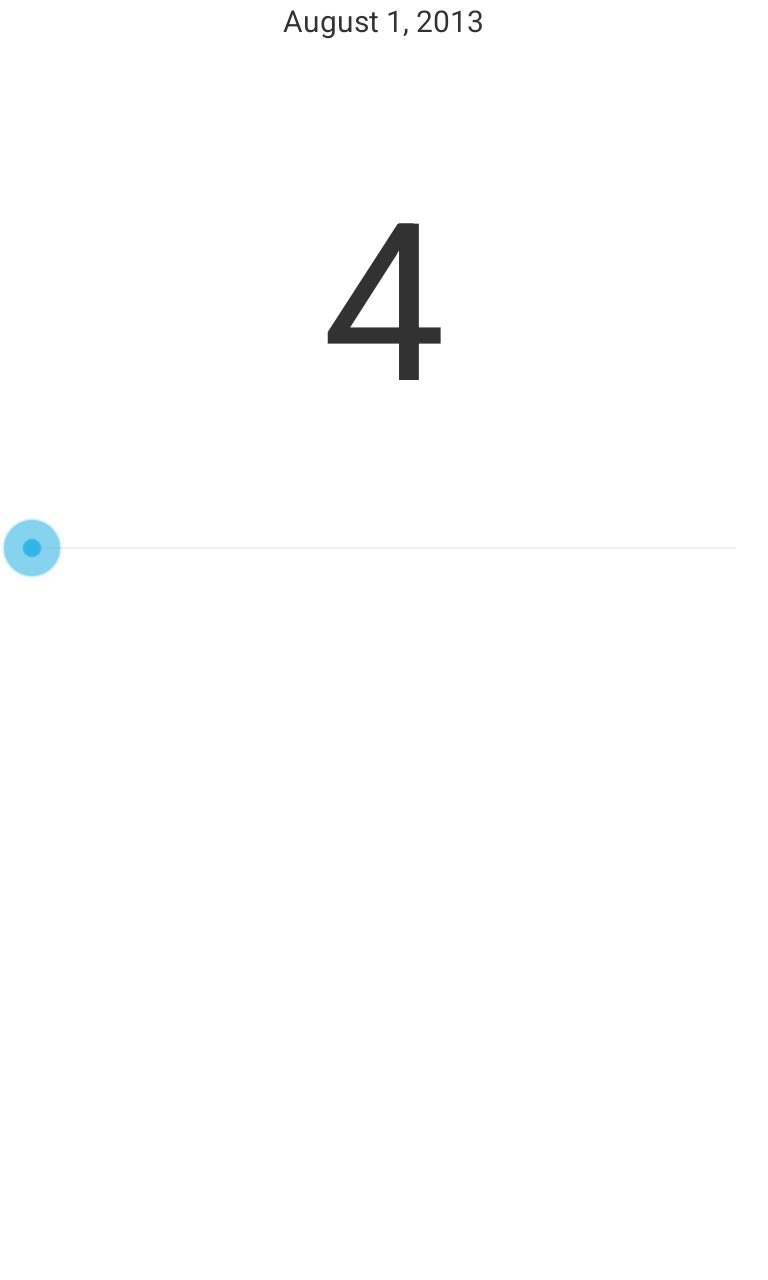
Repository: jemcphe/XCell
Layout: XCell/res/layout/connected.xml
These files come from the project's save history. The layout is drawn as it stood at one moment and after the next save; the edit follows.
It is drawn on a 768 x 1280 px phone screen (xhdpi) without system bars, with theme Theme.Xcell; the app's code is not run.

Above is the layout before, as saved 2013-08-16 21:49:12.

### XCell/res/layout/connected.xml
<?xml version="1.0" encoding="utf-8"?>
<RelativeLayout xmlns:android="http://schemas.android.com/apk/res/android"
    android:layout_width="320dp"
    android:layout_height="match_parent"
    android:orientation="vertical" >

    <TextView
        android:id="@+id/connectedDate"
        android:layout_width="wrap_content"
        android:layout_height="wrap_content"
        android:layout_alignParentTop="true"
        android:layout_centerHorizontal="true"
        android:text="August 1, 2013"
        android:textSize="15sp"/>

    <TextView
        android:id="@+id/connectedValue"
        android:layout_width="wrap_content"
        android:layout_height="wrap_content"
        android:layout_below="@+id/connectedDate"
        android:layout_centerHorizontal="true"
        android:layout_marginTop="53dp"
        android:text="4"
        android:textSize="110sp" />

    <SeekBar
        android:id="@+id/seekBar1"
        android:layout_width="match_parent"
        android:layout_height="wrap_content"
        android:layout_below="@+id/connectedValue"
        android:layout_centerHorizontal="true"
        android:layout_marginTop="38dp" />

</RelativeLayout>

### XCell/res/values/styles_xcell.xml
<?xml version="1.0" encoding="utf-8"?>

<resources>

    <style name="Theme.Xcell" parent="@android:style/Theme.Holo.Light">
        <item name="android:actionBarItemBackground">@drawable/selectable_background_xcell</item>
        <item name="android:popupMenuStyle">@style/PopupMenu.Xcell</item>
        <item name="android:dropDownListViewStyle">@style/DropDownListView.Xcell</item>
        <item name="android:actionBarTabStyle">@style/ActionBarTabStyle.Xcell</item>
        <item name="android:actionDropDownStyle">@style/DropDownNav.Xcell</item>
        <item name="android:actionBarStyle">@style/ActionBar.Solid.Xcell</item>
        <item name="android:actionModeBackground">@drawable/cab_background_top_xcell</item>
        <item name="android:actionModeSplitBackground">@drawable/cab_background_bottom_xcell</item>
        <item name="android:actionModeCloseButtonStyle">@style/ActionButton.CloseMode.Xcell</item>


    </style>

    <style name="ActionBar.Solid.Xcell" parent="@android:style/Widget.Holo.Light.ActionBar.Solid">
        <item name="android:background">@drawable/ab_background_textured_xcell</item>
        <item name="android:backgroundStacked">@drawable/ab_stacked_solid_xcell</item>
        <item name="android:backgroundSplit">@drawable/ab_background_textured_xcell</item>
        <item name="android:progressBarStyle">@style/ProgressBar.Xcell</item>
    </style>

    <style name="ActionBar.Transparent.Xcell" parent="@android:style/Widget.Holo.Light.ActionBar">
        <item name="android:background">@drawable/ab_transparent_xcell</item>
        <item name="android:progressBarStyle">@style/ProgressBar.Xcell</item>
    </style>

    <style name="PopupMenu.Xcell" parent="@android:style/Widget.Holo.Light.ListPopupWindow">
        <item name="android:popupBackground">@drawable/menu_dropdown_panel_xcell</item>
    </style>

    <style name="DropDownListView.Xcell" parent="@android:style/Widget.Holo.Light.ListView.DropDown">
        <item name="android:listSelector">@drawable/selectable_background_xcell</item>
    </style>

    <style name="ActionBarTabStyle.Xcell" parent="@android:style/Widget.Holo.Light.ActionBar.TabView">
        <item name="android:background">@drawable/tab_indicator_ab_xcell</item>
    </style>

    <style name="DropDownNav.Xcell" parent="@android:style/Widget.Holo.Light.Spinner">
        <item name="android:background">@drawable/spinner_background_ab_xcell</item>
        <item name="android:popupBackground">@drawable/menu_dropdown_panel_xcell</item>
        <item name="android:dropDownSelector">@drawable/selectable_background_xcell</item>
    </style>

    <style name="ProgressBar.Xcell" parent="@android:style/Widget.Holo.Light.ProgressBar.Horizontal">
        <item name="android:progressDrawable">@drawable/progress_horizontal_xcell</item>
    </style>

    <style name="ActionButton.CloseMode.Xcell" parent="@android:style/Widget.Holo.Light.ActionButton.CloseMode">
        <item name="android:background">@drawable/btn_cab_done_xcell</item>
    </style>

    <!-- this style is only referenced in a Light.DarkActionBar based theme -->
    <style name="Theme.Xcell.Widget" parent="@android:style/Theme.Holo">
        <item name="android:popupMenuStyle">@style/PopupMenu.Xcell</item>
        <item name="android:dropDownListViewStyle">@style/DropDownListView.Xcell</item>
    </style>

</resources>

### XCell/res/drawable/selectable_background_xcell.xml
<?xml version="1.0" encoding="utf-8"?>
<!-- File created by the Android Action Bar Style Generator

     Copyright (C) 2011 The Android Open Source Project
     Copyright (C) 2012 readyState Software Ltd

     Licensed under the Apache License, Version 2.0 (the "License");
     you may not use this file except in compliance with the License.
     You may obtain a copy of the License at

          http://www.apache.org/licenses/LICENSE-2.0

     Unless required by applicable law or agreed to in writing, software
     distributed under the License is distributed on an "AS IS" BASIS,
     WITHOUT WARRANTIES OR CONDITIONS OF ANY KIND, either express or implied.
     See the License for the specific language governing permissions and
     limitations under the License.
-->

<selector xmlns:android="http://schemas.android.com/apk/res/android"
        android:exitFadeDuration="@android:integer/config_mediumAnimTime" >
    <item android:state_pressed="false" android:state_focused="true" android:drawable="@drawable/list_focused_xcell" />
    <item android:state_pressed="true" android:drawable="@drawable/pressed_background_xcell" />
    <item android:drawable="@android:color/transparent" />
</selector>

### XCell/res/drawable/btn_cab_done_xcell.xml
<?xml version="1.0" encoding="utf-8"?>
<!-- File created by the Android Action Bar Style Generator

     Copyright (C) 2011 The Android Open Source Project
     Copyright (C) 2012 readyState Software Ltd

     Licensed under the Apache License, Version 2.0 (the "License");
     you may not use this file except in compliance with the License.
     You may obtain a copy of the License at

          http://www.apache.org/licenses/LICENSE-2.0

     Unless required by applicable law or agreed to in writing, software
     distributed under the License is distributed on an "AS IS" BASIS,
     WITHOUT WARRANTIES OR CONDITIONS OF ANY KIND, either express or implied.
     See the License for the specific language governing permissions and
     limitations under the License.
-->

<selector xmlns:android="http://schemas.android.com/apk/res/android">
    <item android:state_pressed="true"
        android:drawable="@drawable/btn_cab_done_pressed_xcell" />
    <item android:state_focused="true" android:state_enabled="true"
        android:drawable="@drawable/btn_cab_done_focused_xcell" />
    <item android:state_enabled="true"
        android:drawable="@drawable/btn_cab_done_default_xcell" />
</selector>

### XCell/res/drawable/ab_background_textured_xcell.xml
<?xml version="1.0" encoding="utf-8"?>
<!-- File created by the Android Action Bar Style Generator

     Copyright (C) 2012 readyState Software Ltd

     Licensed under the Apache License, Version 2.0 (the "License");
     you may not use this file except in compliance with the License.
     You may obtain a copy of the License at

          http://www.apache.org/licenses/LICENSE-2.0

     Unless required by applicable law or agreed to in writing, software
     distributed under the License is distributed on an "AS IS" BASIS,
     WITHOUT WARRANTIES OR CONDITIONS OF ANY KIND, either express or implied.
     See the License for the specific language governing permissions and
     limitations under the License.
-->

<bitmap xmlns:android="http://schemas.android.com/apk/res/android"
    android:src="@drawable/ab_texture_tile_xcell"
    android:tileMode="repeat" />

### XCell/res/drawable/progress_horizontal_xcell.xml
<?xml version="1.0" encoding="utf-8"?>
<!-- File created by the Android Action Bar Style Generator

     Copyright (C) 2011 The Android Open Source Project
     Copyright (C) 2012 readyState Software Ltd

     Licensed under the Apache License, Version 2.0 (the "License");
     you may not use this file except in compliance with the License.
     You may obtain a copy of the License at

          http://www.apache.org/licenses/LICENSE-2.0

     Unless required by applicable law or agreed to in writing, software
     distributed under the License is distributed on an "AS IS" BASIS,
     WITHOUT WARRANTIES OR CONDITIONS OF ANY KIND, either express or implied.
     See the License for the specific language governing permissions and
     limitations under the License.
-->

<layer-list xmlns:android="http://schemas.android.com/apk/res/android">

    <item android:id="@android:id/background"
          android:drawable="@drawable/progress_bg_xcell" />

    <item android:id="@android:id/secondaryProgress">
        <scale android:scaleWidth="100%"
               android:drawable="@drawable/progress_secondary_xcell" />
    </item>

    <item android:id="@android:id/progress">
        <scale android:scaleWidth="100%"
               android:drawable="@drawable/progress_primary_xcell" />
    </item>

</layer-list>

### XCell/res/drawable/spinner_background_ab_xcell.xml
<?xml version="1.0" encoding="utf-8"?>
<!-- File created by the Android Action Bar Style Generator

     Copyright (C) 2011 The Android Open Source Project
     Copyright (C) 2012 readyState Software Ltd

     Licensed under the Apache License, Version 2.0 (the "License");
     you may not use this file except in compliance with the License.
     You may obtain a copy of the License at

          http://www.apache.org/licenses/LICENSE-2.0

     Unless required by applicable law or agreed to in writing, software
     distributed under the License is distributed on an "AS IS" BASIS,
     WITHOUT WARRANTIES OR CONDITIONS OF ANY KIND, either express or implied.
     See the License for the specific language governing permissions and
     limitations under the License.
-->

<selector xmlns:android="http://schemas.android.com/apk/res/android">
    <item android:state_enabled="false"
        android:drawable="@drawable/spinner_ab_disabled_xcell" />
    <item android:state_pressed="true"
        android:drawable="@drawable/spinner_ab_pressed_xcell" />
    <item android:state_pressed="false" android:state_focused="true"
        android:drawable="@drawable/spinner_ab_focused_xcell" />
    <item android:drawable="@drawable/spinner_ab_default_xcell" />
</selector>

### XCell/res/drawable/tab_indicator_ab_xcell.xml
<?xml version="1.0" encoding="utf-8"?>
<!-- File created by the Android Action Bar Style Generator

     Copyright (C) 2011 The Android Open Source Project
     Copyright (C) 2012 readyState Software Ltd

     Licensed under the Apache License, Version 2.0 (the "License");
     you may not use this file except in compliance with the License.
     You may obtain a copy of the License at

          http://www.apache.org/licenses/LICENSE-2.0

     Unless required by applicable law or agreed to in writing, software
     distributed under the License is distributed on an "AS IS" BASIS,
     WITHOUT WARRANTIES OR CONDITIONS OF ANY KIND, either express or implied.
     See the License for the specific language governing permissions and
     limitations under the License.
-->

<selector xmlns:android="http://schemas.android.com/apk/res/android">
    <!-- Non focused states -->
    <item android:state_focused="false" android:state_selected="false" android:state_pressed="false" android:drawable="@android:color/transparent"/>
    <item android:state_focused="false" android:state_selected="true"  android:state_pressed="false" android:drawable="@drawable/tab_selected_xcell" />

    <!-- Focused states -->
    <item android:state_focused="true" android:state_selected="false" android:state_pressed="false" android:drawable="@drawable/tab_unselected_focused_xcell" />
    <item android:state_focused="true" android:state_selected="true"  android:state_pressed="false" android:drawable="@drawable/tab_selected_focused_xcell" />

    <!-- Pressed -->
    <!--    Non focused states -->
    <item android:state_focused="false" android:state_selected="false" android:state_pressed="true" android:drawable="@drawable/tab_unselected_pressed_xcell" />
    <item android:state_focused="false" android:state_selected="true"  android:state_pressed="true" android:drawable="@drawable/tab_selected_pressed_xcell" />

    <!--    Focused states -->
    <item android:state_focused="true" android:state_selected="false" android:state_pressed="true" android:drawable="@drawable/tab_unselected_pressed_xcell" />
    <item android:state_focused="true" android:state_selected="true"  android:state_pressed="true" android:drawable="@drawable/tab_selected_pressed_xcell" />
</selector>

### XCell/res/drawable/pressed_background_xcell.xml
<?xml version="1.0" encoding="utf-8"?>
<!-- File created by the Android Action Bar Style Generator

     Copyright (C) 2011 The Android Open Source Project
     Copyright (C) 2012 readyState Software Ltd

     Licensed under the Apache License, Version 2.0 (the "License");
     you may not use this file except in compliance with the License.
     You may obtain a copy of the License at

          http://www.apache.org/licenses/LICENSE-2.0

     Unless required by applicable law or agreed to in writing, software
     distributed under the License is distributed on an "AS IS" BASIS,
     WITHOUT WARRANTIES OR CONDITIONS OF ANY KIND, either express or implied.
     See the License for the specific language governing permissions and
     limitations under the License.
-->

<shape xmlns:android="http://schemas.android.com/apk/res/android" android:shape="rectangle">
    <solid android:color="@color/pressed_xcell" />
</shape>

### XCell/res/values/colors_xcell.xml
<?xml version="1.0" encoding="utf-8"?>
<!-- File created by the Android Action Bar Style Generator

     Copyright (C) 2011 The Android Open Source Project
     Copyright (C) 2012 readyState Software Ltd

     Licensed under the Apache License, Version 2.0 (the "License");
     you may not use this file except in compliance with the License.
     You may obtain a copy of the License at

          http://www.apache.org/licenses/LICENSE-2.0

     Unless required by applicable law or agreed to in writing, software
     distributed under the License is distributed on an "AS IS" BASIS,
     WITHOUT WARRANTIES OR CONDITIONS OF ANY KIND, either express or implied.
     See the License for the specific language governing permissions and
     limitations under the License.
-->

<resources>
    <color name="pressed_xcell">#CC33B5E5</color>
    <color name="background_xcell">#d8e8e8</color>
    <color name="xcell_blue">#12679b</color>
</resources>

After the next save:
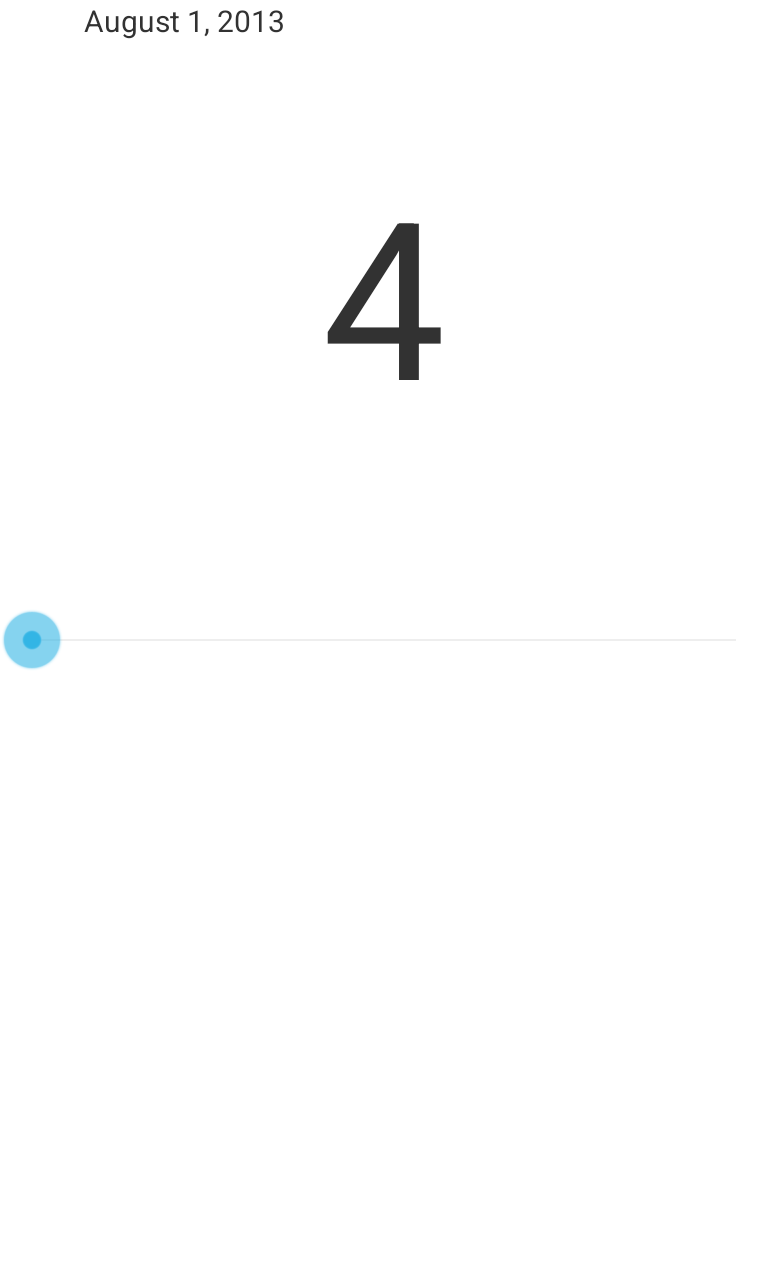
Saved 67 s later.
--- a/XCell/res/layout/connected.xml
+++ b/XCell/res/layout/connected.xml
@@ -6,7 +6,7 @@
 
     <TextView
         android:id="@+id/connectedDate"
-        android:layout_width="wrap_content"
+        android:layout_width="300dp"
         android:layout_height="wrap_content"
         android:layout_alignParentTop="true"
         android:layout_centerHorizontal="true"
@@ -27,8 +27,7 @@
         android:id="@+id/seekBar1"
         android:layout_width="match_parent"
         android:layout_height="wrap_content"
-        android:layout_below="@+id/connectedValue"
-        android:layout_centerHorizontal="true"
-        android:layout_marginTop="38dp" />
+        android:layout_alignParentLeft="true"
+        android:layout_centerVertical="true" />
 
 </RelativeLayout>
